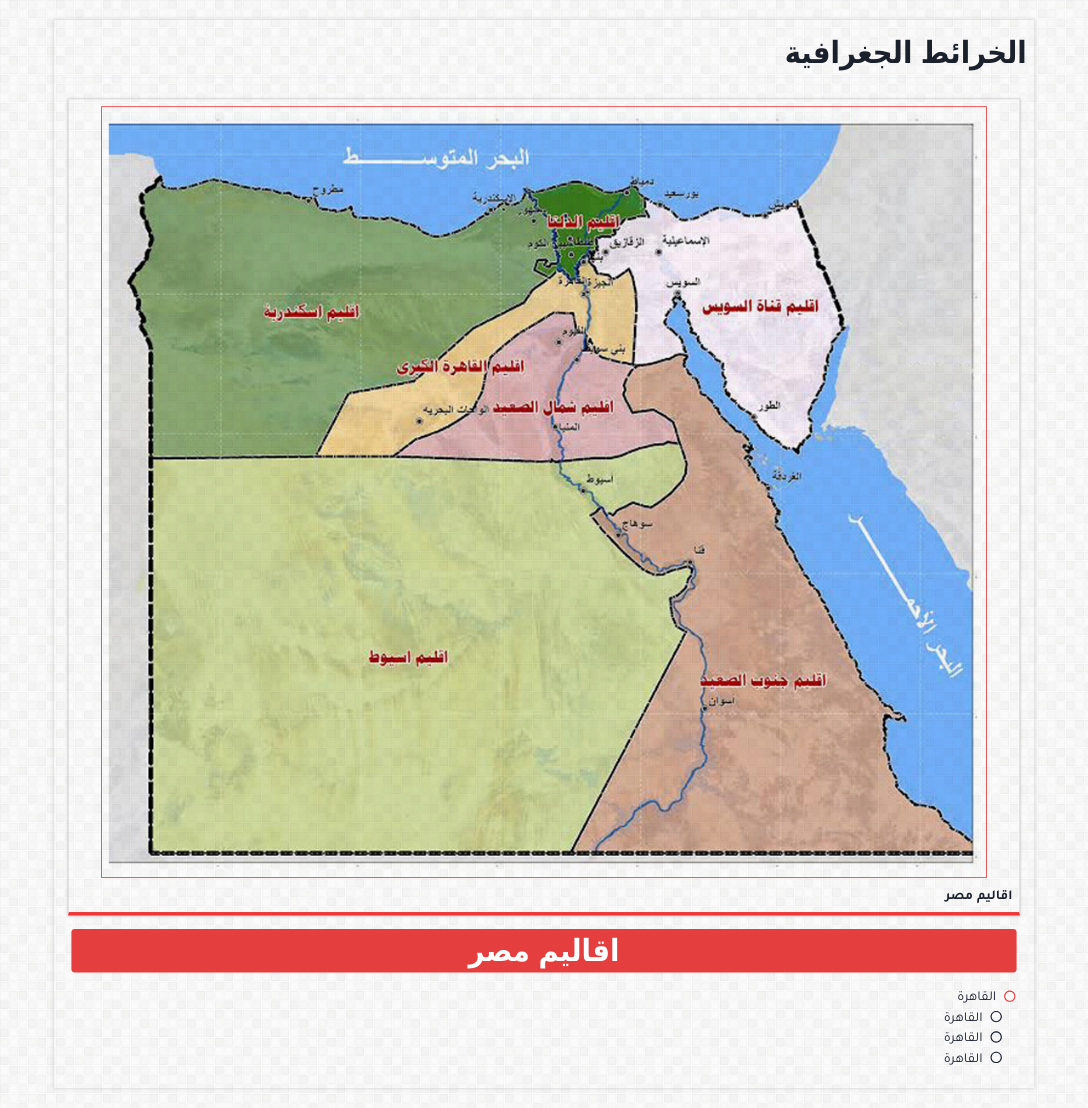
Repository: ahmed-mohamed-eng/egypt-gov-map
Page: /
The author's editor kept a copy of each file at every save. The page is drawn from the files as they stood at one save, then again after the next save.
The browser window is 1280 px wide. The pictures show the whole page, at 85% of full size.
Some web fonts or font styles are not loaded; a fallback is used. The project was rebuilt for these pictures with package versions that can differ from the ones it lists, and the page was loaded fresh each time. The framework's server and built-in components were replaced by stand-ins that run in the browser. Also part of the build but not shown: next.config.js.

Above is the page before, as saved 2022-05-30 13:54:01.

### pages/_app.tsx
import "../styles/globals.css";

import type { AppProps } from "next/app";

import { ChakraProvider, extendTheme } from "@chakra-ui/react";

const theme = extendTheme({
  fonts: {
    heading: `Arial, Helvetica,"Aref Ruqaa" ,'Segoe UI', Tahoma, Geneva, Verdana, sans-serif`,
  },
});

function MyApp({ Component, pageProps }: AppProps) {
  return (
    <ChakraProvider theme={theme}>
      <Component {...pageProps} />
    </ChakraProvider>
  );
}

export default MyApp;

### pages/_document.tsx
import Document, {
  Html,
  Head,
  Main,
  NextScript,
  DocumentContext,
} from "next/document";

class MyDocument extends Document {
  static async getInitialProps(ctx: DocumentContext) {
    const initialProps = await Document.getInitialProps(ctx);
    return { ...initialProps };
  }

  render() {
    return (
      <Html dir="rtl" lang="ar">
        <Head />
        <body>
          <Main />
          <NextScript />
        </body>
      </Html>
    );
  }
}

export default MyDocument;

### pages/index.tsx
import type { NextPage } from "next";

// Custom Components
import Header from "../components/Header";
import PageContainer from "../components/PageContainer";
import MainContentArea from "../components/MainContentArea";

const Home: NextPage = () => {
  return (
    <PageContainer>
      <Header headerTitle="الخرائط الجغرافية" />
      <MainContentArea />
    </PageContainer>
  );
};

export default Home;

### styles/globals.css
@import url("https://fonts.googleapis.com/css2?family=Amiri:ital,wght@0,700;1,400;1,700&family=Aref+Ruqaa:wght@400;700&family=Tajawal:wght@300;400;500;700;800;900&display=swap");

@tailwind base;
@tailwind components;
@tailwind utilities;

html,
body {
  padding: 0;
  margin: 0;
  font-family: -apple-system, BlinkMacSystemFont, Segoe UI, Roboto, Oxygen,
    Ubuntu, Cantarell, Fira Sans, Droid Sans, Helvetica Neue, sans-serif;
}

a {
  color: inherit;
  text-decoration: none;
}

* {
  box-sizing: border-box;
  font-family: Arial, Helvetica, "Tajawal", "Aref Ruqaa", "Segoe UI", Tahoma,
    Geneva, Verdana, sans-serif;
}

### components/Header/index.tsx
export { Header as default } from "./Header";

### components/PageContainer/index.tsx
export { PageContainer as default } from "./PageContainer";

### components/MainContentArea/index.tsx
export { MainContentArea as default } from "./MainContentArea";

### components/Header/Header.tsx
import { Divider, Flex, Heading, VStack } from "@chakra-ui/react";

export interface HeaderProps {
  headerTitle: string;
}

export const Header = (props: HeaderProps) => {
  return (
    <VStack
      as="header"
      w="full"
      justifyContent="center"
      alignItems="center"
      fontSize="1.5rem"
      fontFamily="arabic"
      flex="1"
    >
      <Heading w="full" textAlign="right" as="h1">
        {props.headerTitle}
      </Heading>
      <Flex w="full">
        <Divider orientation="horizontal" />
      </Flex>
    </VStack>
  );
};

### components/PageContainer/PageContainer.tsx
import { Center, Flex, VStack } from "@chakra-ui/react";

// import bgImage from "../../images/backgroundImage.png";

export const PageContainer = (props: any) => {
  return (
    <Flex backgroundImage={`url(../../images/backgroundImage.png)`}>
      <Center w="full" h="full" py="1.5rem">
        <VStack
          width={["90vw"]}
          minH="95vh"
          boxShadow="0 0 5px #CACACA"
          py="1rem"
          px="0.5rem"
          spacing="1rem"
        >
          {props.children}
        </VStack>
      </Center>
    </Flex>
  );
};

### components/MainContentArea/MainContentArea.tsx
import { VStack } from "@chakra-ui/react";

// Custom Components.
import MapArea from "./MapArea";
import QuickNavigationArea from "./QuickNavigationArea";

export const MainContentArea = () => {
  return (
    <VStack
      as="main"
      w="full"
      p="0.5rem"
      spacing="1rem"
      flex="14"
    >
      <MapArea />
      <QuickNavigationArea />
    </VStack>
  );
};

### components/MainContentArea/MapArea/index.tsx
export { MapArea as default } from "./MapArea";

### components/MainContentArea/QuickNavigationArea/index.tsx
export { QuickNavigationArea as default } from "./QuickNavigationArea";

### components/MainContentArea/MapArea/MapArea.tsx
import { VStack } from "@chakra-ui/react";

// Custom Components.
import MapImage from "./MapImage";
import MapInfoDisplayedLinks from "./MapInfoDisplayedLinks";

export const MapArea = () => {
  return (
    <VStack
      borderWidth="thin"
      borderColor="red.500"
      boxShadow="0 1px 3px 0 #b5b5b5"
      border="1px solid #DDD"
      borderBottom="4px solid #ef3636"
      p="0.5rem"
      w="full"
      spacing="0.5rem"
    >
      <MapImage />
      <MapInfoDisplayedLinks
        breadcrumbItems={[
          {
            text: "اقاليم مصر",
            url: "#",
          },
        ]}
      />
    </VStack>
  );
};

### components/MainContentArea/QuickNavigationArea/QuickNavigationArea.tsx
import { VStack, Heading } from "@chakra-ui/react";
import CitiesList from "./CitiesList";

export const QuickNavigationArea = () => {
  return (
    <VStack w="full" spacing="1rem" px="0.25rem">
      <Heading
        w="full"
        h="fit-content"
        borderRadius="0.25rem"
        color="white"
        bg="red.500"
        p="0.25rem"
        textAlign="center"
      >
        اقاليم مصر
      </Heading>
      <CitiesList
        list={[
          {
            provinceName: "القاهرة",
            url: "https://www.google.com",
            childItems: [
              {
                cityName: "القاهرة",
                url: "https://www.google.com/",
              },
              {
                cityName: "القاهرة",
                url: "https://www.google.com/",
              },
              {
                cityName: "القاهرة",
                url: "https://www.google.com/",
              },
            ],
          },
        ]}
      />
    </VStack>
  );
};

### components/MainContentArea/MapArea/MapImage/index.tsx
export { MapImage as default } from "./MapImage";

### components/MainContentArea/MapArea/MapInfoDisplayedLinks/index.tsx
export { MapInfoDisplayedLinks as default } from "./MapInfoDisplayedLinks";

### components/MainContentArea/QuickNavigationArea/CitiesList/index.tsx
export { CitiesList as default } from "./CitiesList";

### components/MainContentArea/MapArea/MapImage/MapImage.tsx
import React from "react";

import { Flex, Image } from "@chakra-ui/react";

// Images Sources.
import mapImage from "../../../../images/Egypt_Provinces.jpg";

export const MapImage = () => {
  return (
    <Flex borderWidth="thin" borderColor="red.500" p="0.5rem">
      <Image mixBlendMode="multiply" src={mapImage.src} alt="Egypt Province Map" />
    </Flex>
  );
};

### components/MainContentArea/MapArea/MapInfoDisplayedLinks/MapInfoDisplayedLinks.tsx
import { v4 as uuidV4 } from "uuid";

import { Breadcrumb, BreadcrumbItem, BreadcrumbLink } from "@chakra-ui/react";

export type BreadcrumbElement = {
  url: string;
  text: string;
};

export interface MapInfoDisplayedLinksProps {
  breadcrumbItems: Array<BreadcrumbElement>;
}

export const MapInfoDisplayedLinks = (props: MapInfoDisplayedLinksProps) => {
  const breadcrumbItems = props.breadcrumbItems.map((item) => {
    return (
      <BreadcrumbItem key={uuidV4()}>
        <BreadcrumbLink fontWeight="600" href={item.url}>
          {item.text}
        </BreadcrumbLink>
      </BreadcrumbItem>
    );
  });

  return <Breadcrumb w="full">{breadcrumbItems}</Breadcrumb>;
};

### components/MainContentArea/QuickNavigationArea/CitiesList/CitiesList.tsx
import { v4 as uuidV4 } from "uuid";

import { List, ListItem, ListIcon } from "@chakra-ui/react";

import { BiCircle } from "react-icons/bi";

export type city = {
  cityName: string;
  url: string;
};

export type province = {
  provinceName: string;
  url: string;
  childItems: Array<city>;
};

export interface CitiesListProps {
  list: Array<province>;
}

export const CitiesList = (props: CitiesListProps) => {
  const items = props.list.map((item, parentIndex) => {
    return (
      <List key={uuidV4()}>
        <ListItem as="a" href={item.url}>
          <ListIcon as={BiCircle} color="red.500" fill="red.500" />
          {item.provinceName}
        </ListItem>
        {item.childItems.map((childItem) => {
          return (
            <List key={uuidV4()} pr={`${parentIndex + 1}rem`}>
              <ListItem as="a" href={childItem.url}>
                <ListIcon as={BiCircle} />
                {childItem.cityName}
              </ListItem>
            </List>
          );
        })}
      </List>
    );
  });
  return <List w="full">{items}</List>;
};

Loaded but not shown: tailwind.config.js (common file)

After the next save:
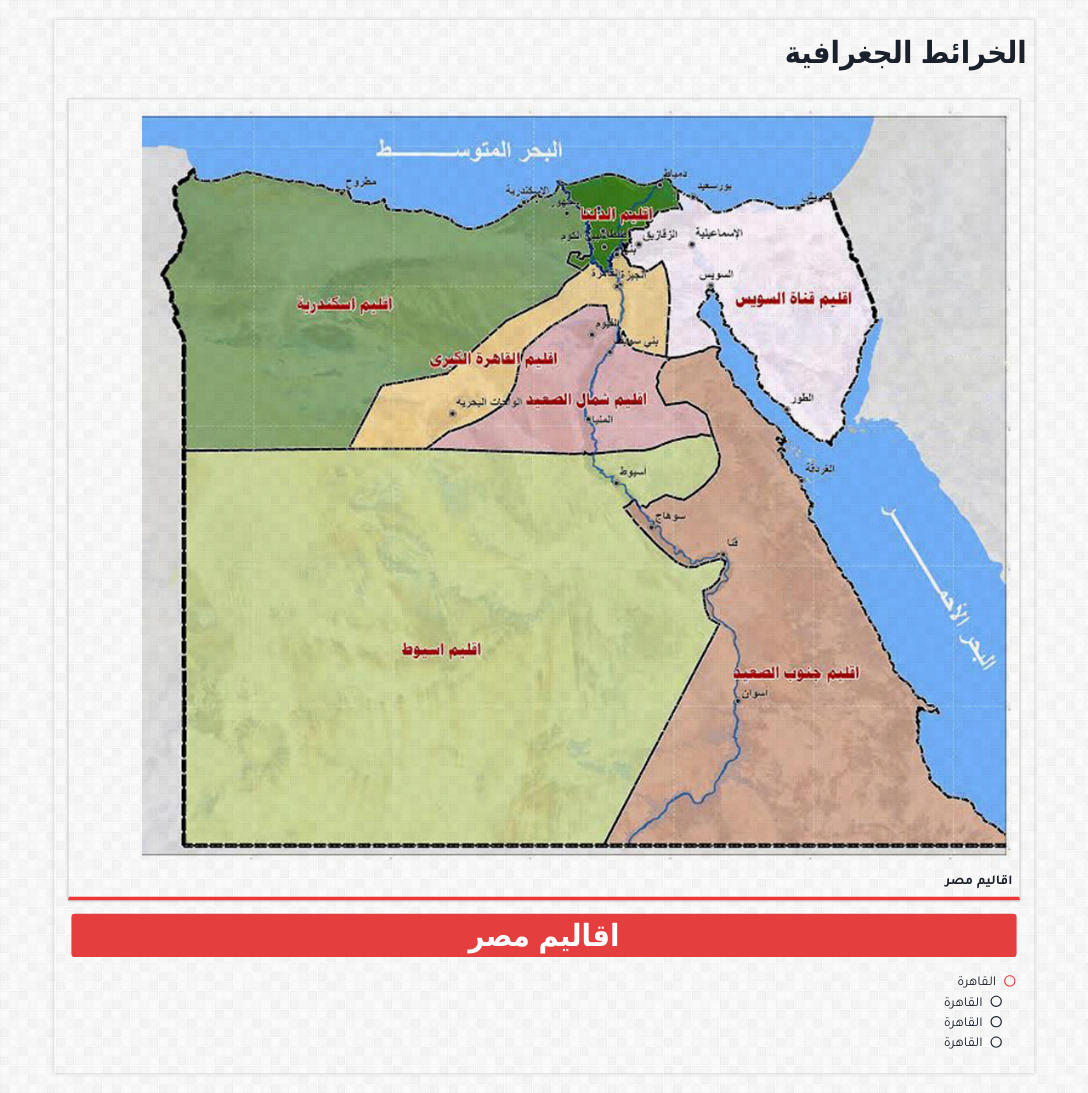
Saved 24 s later.
--- a/components/MainContentArea/MapArea/MapImage/MapImage.tsx
+++ b/components/MainContentArea/MapArea/MapImage/MapImage.tsx
@@ -7,7 +7,7 @@ import mapImage from "../../../../images/Egypt_Provinces.jpg";
 
 export const MapImage = () => {
   return (
-    <Flex borderWidth="thin" borderColor="red.500" p="0.5rem">
+    <Flex w="full">
       <Image mixBlendMode="multiply" src={mapImage.src} alt="Egypt Province Map" />
     </Flex>
   );
